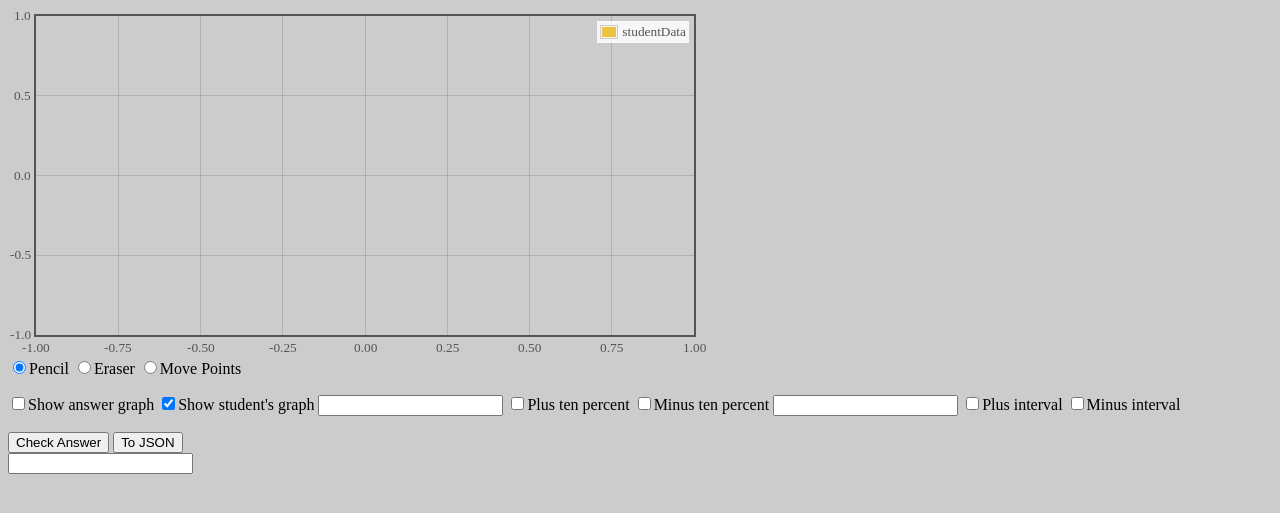
Repository: danmartelly/601autogradeGraphs
Page: flotSketching/test.html
An editor plug-in stored every save of this project. The page is shown before and after the next save, followed by the edit.
The browser window is 1280 px wide. The pictures show the whole page.

Above is the page before, as saved 2014-01-28 18:41:03.

After the next save:
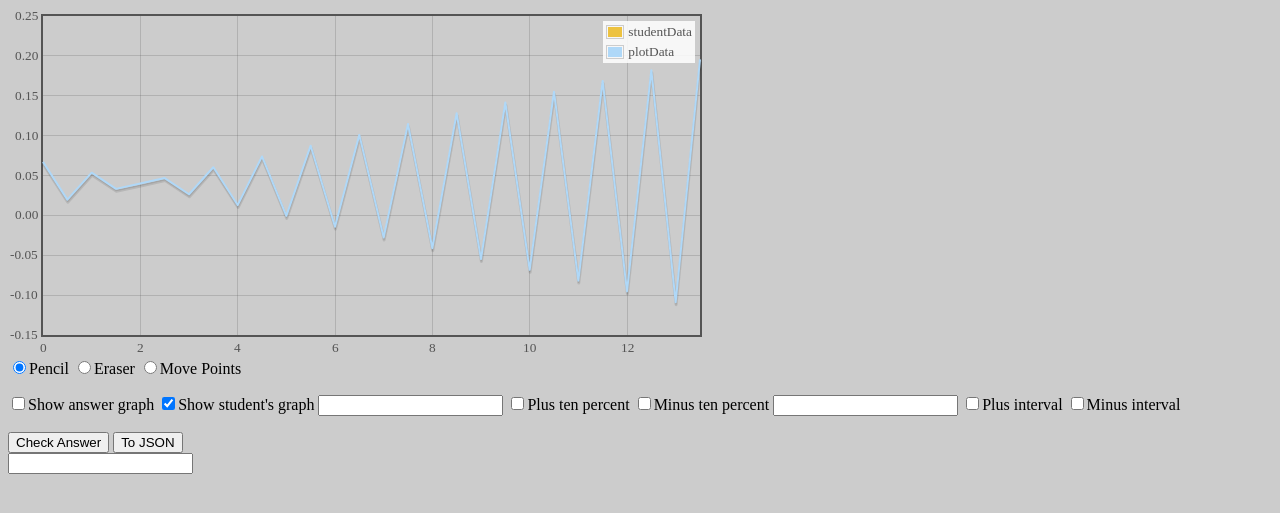
Saved 25 s later.
--- a/flotSketching/test.js
+++ b/flotSketching/test.js
@@ -35,6 +35,8 @@ $(function() {
 		if ($("#answerCheckbox").prop("checked")) {
 			allData.push(answerData);
 		}
+		allData.push(plotData);
+
 		var percentage = parseFloat($("#percentAmount").val());
 		if ($("#plusPercent").prop("checked")) {
 			var change = 1 + percentage;
